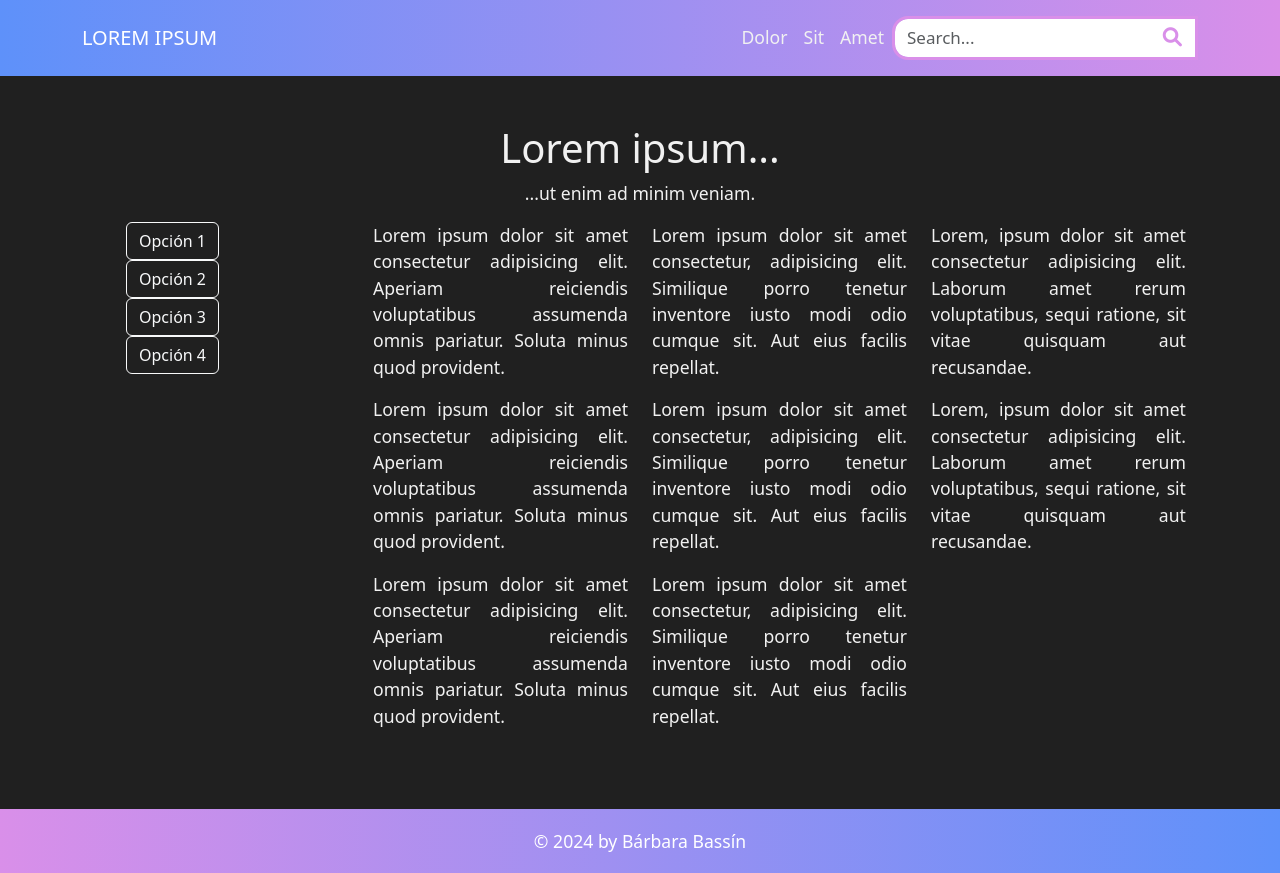
Repository: romancegirl/responsiveness
Page: index.html
An editor plug-in stored every save of this project. The page is shown before and after the next save, followed by the edit.
The browser window is 1280 px wide. The pictures show the whole page.

Above is the page before, as saved 2024-11-19 20:57:16.

### index.html
<!DOCTYPE html>
<html lang="en">

<head>
    <meta charset="UTF-8">
    <meta name="viewport" content="width=device-width, initial-scale=1.0">
    <title>Responsiveness - Bárbara Bassín</title>
    <link href="https://cdn.jsdelivr.net/npm/bootstrap@5.3.0/dist/css/bootstrap.min.css" rel="stylesheet">
    <link rel="stylesheet" href="https://cdnjs.cloudflare.com/ajax/libs/font-awesome/6.0.0-beta3/css/all.min.css">
    <link rel="stylesheet" href="css/header-and-footer.css">
    <link rel="stylesheet" href="css/styles.css">
</head>

<body>
    <!-- Header -->
    <header class="py-2">
        <div class="container d-flex align-items-center" id="profile">
            <h5 class="m-0">LOREM IPSUM</h5>
            <nav class="navbar navbar-expand-lg flex-grow-1">
                <button class="navbar-toggler" type="button" data-bs-toggle="collapse" data-bs-target="#navbarNav"
                    aria-controls="navbarNav" aria-expanded="false" aria-label="Toggle navigation">
                    <i class="fas fa-bars"></i>
                </button>
                <div class="collapse navbar-collapse" id="navbarNav">
                    <ul class="navbar-nav">
                        <li class="nav-item"><a class="nav-link">Dolor</a></li>
                        <li class="nav-item"><a class="nav-link">Sit</a></li>
                        <li class="nav-item"><a class="nav-link">Amet</a></li>
                        <div class="search-container">
                            <form action="/action_page.php">
                                <div class="input-group">
                                    <input type="text" class="form-control" placeholder="Search..." name="search">
                                    <button type="submit" class="btn">
                                        <i class="fa fa-search"></i>
                                    </button>
                                </div>
                            </form>
                        </div>
                    </ul>

                </div>
            </nav>
        </div>
    </header>



    <!-- Main -->
    <main class="container my-5">
        <div>
            <h1>Lorem ipsum...</h1>
            <div id="textCarousel" class="carousel slide" data-bs-ride="carousel" data-bs-interval="2000">
                <div class="carousel-inner">
                    <div class="carousel-item active">
                        <p>...olor sit amet, consectetur adipiscing elit...</p>
                    </div>
                    <div class="carousel-item">
                        <p>...sed do eiusmod tempor incididunt ut labore...</p>
                    </div>
                    <div class="carousel-item">
                        <p>...ut enim ad minim veniam.</p>
                    </div>
                </div>
            </div>
        </div>



        <div class="container">
            <div class="row">
                <div class="col-3">
                    <ul>
                        <li><button type="button" class="btn btn-outline-light">Opción 1</button></li>
                        <li><button type="button" class="btn btn-outline-light">Opción 2</button></li>
                        <li><button type="button" class="btn btn-outline-light">Opción 3</button></li>
                        <li><button type="button" class="btn btn-outline-light">Opción 4</button></li>
                    </ul>
                </div>
                <div class="col-9">
                    <div class="row">
                        <div class="col-6 col-md-4 paragraph">Lorem ipsum dolor sit amet consectetur adipisicing elit.
                            Aperiam
                            reiciendis
                            voluptatibus assumenda omnis pariatur. Soluta minus quod provident.</div>
                        <div class="col-6 col-md-4 paragraph">Lorem ipsum dolor sit amet consectetur, adipisicing elit.
                            Similique porro
                            tenetur inventore iusto modi odio cumque sit. Aut eius facilis repellat.</div>
                        <div class="col-6 col-md-4 paragraph">Lorem, ipsum dolor sit amet consectetur adipisicing elit.
                            Laborum
                            amet rerum
                            voluptatibus, sequi ratione, sit vitae quisquam aut recusandae.</div>
                        <div class="col-6 col-md-4 paragraph">Lorem ipsum dolor sit amet consectetur adipisicing elit.
                            Aperiam
                            reiciendis
                            voluptatibus assumenda omnis pariatur. Soluta minus quod provident.</div>
                        <div class="col-6 col-md-4 paragraph">Lorem ipsum dolor sit amet consectetur, adipisicing elit.
                            Similique porro
                            tenetur inventore iusto modi odio cumque sit. Aut eius facilis repellat.</div>
                        <div class="col-6 col-md-4 paragraph">Lorem, ipsum dolor sit amet consectetur adipisicing elit.
                            Laborum
                            amet rerum
                            voluptatibus, sequi ratione, sit vitae quisquam aut recusandae.</div>
                        <div class="col-6 col-md-4 paragraph">Lorem ipsum dolor sit amet consectetur adipisicing elit.
                            Aperiam
                            reiciendis
                            voluptatibus assumenda omnis pariatur. Soluta minus quod provident.</div>
                        <div class="col-6 col-md-4 paragraph">Lorem ipsum dolor sit amet consectetur, adipisicing elit.
                            Similique porro
                            tenetur inventore iusto modi odio cumque sit. Aut eius facilis repellat.</div>
                    </div>
                </div>

            </div>


        </div>



    </main>

    <!-- Footer -->
    <footer class="bg-dark text-center py-2">
        <div>&copy; 2024 by Bárbara Bassín</div>
    </footer>
    <script src="js/script.js"></script>
    <script src="https://cdn.jsdelivr.net/npm/bootstrap@5.3.0/dist/js/bootstrap.bundle.min.js"></script>
</body>

</html>

### css/header-and-footer.css
header {
    background: linear-gradient(to right, #5E91FA, #d98fe9);
    color: #fff;
    position: relative;
}

main {
    min-height: 70vh;
    padding-bottom: 1rem;
    box-sizing: border-box;
}

a.nav-link {
    color: #f1f1f1;
}

a.nav-link:hover {
    color: #f6c7de;
    transition: color 0.3s, text-shadow 0.3s;
    transform: scale(1.05);
}

.search-container {
    display: flex;
    justify-content: center;
    align-items: center;
    position: relative;
}

.input-group .form-control {
    padding-right: 2.5rem;
    font-size: 17px;
    border: 0.2rem solid #d98fe9;
    border-radius: 1rem;
}

.input-group .btn {
    position: absolute;
    right: 1rem;
        top: 50%;
    transform: translateY(-50%);
    background-color: transparent;
    border: none;
    padding: 0;
    cursor: pointer;
}

.input-group .btn .fa-search {
    color: #d98fe9;
    font-size: 1.2rem;
}



/* navbar-toggle */

.navbar-toggler {
    border-color: #fff;
}

.navbar-toggler .fas {
    color: #fff;
    /* Cambia el color del ícono */
}

.navbar-collapse {
    justify-content: flex-end;
}

.navbar-toggler:hover {
    cursor: pointer;
}

.navbar-toggler:focus {
    outline: none;
    box-shadow: none;
}

@media (max-width: 995px) {

    .navbar-collapse {
        display: none;
        position: absolute;
        top: 134%;
        left: -55px;
        width: 100%;
        z-index: 999;
        flex-direction: column-reverse;
        align-items: center;
    }

    .navbar-collapse.show {
        display: flex;
    }

    .navbar-nav {
        background: linear-gradient(to right, #5e92fae0, #d98fe9dc);
        color: #fff;
        padding: 1.5rem;
        border-radius: 0 0 100px 100px;
        font-weight: bold;
        text-align: center;
    }

    .navbar-nav:hover {
        cursor: pointer;

    }

    a.nav-link:hover {
        color: #f6c7de;
        transition: color 0.3s, text-shadow 0.3s;
        transform: scale(1.05);
    }

    .navbar-nav .nav-item {
        margin: 10px 0;
    }

    .navbar a,
    .navbar input[type=text] {
        float: none;
        display: block;
        text-align: left;
        width: 100%;
        margin: 0;
        padding: 0.5rem;
    }

    .navbar .search-container {
        float: none;
    }

    .navbar a,
    .navbar input[type=text],
    .navbar .search-container button {
        float: none;
        display: block;
        text-align: left;
        width: 100%;
        margin: 0;
        padding: 0.2rem;
    }

    .navbar input[type=text] {
        border-radius: 0.2rem;
        border: 0.2rem solid #b556db98;
    }

}

footer {
    background: linear-gradient(to right, #d98fe9, #5E91FA);
    color: #fff;
    bottom: 0;
    min-height: 4rem;
    display: flex;
    justify-content: center;
    align-items: center;
}

### css/styles.css
body {
    background-color: #202020;
    color: #f1f1f1;
    font-size: 110%;
}

/* Profile and resume */

.profile-photo {
    width: 250px;
    height: 250px;
    border: #a5c3ffcd;
    border-style: double;
    border-width: 5px;
    border-radius: 70px;
    display: flex;
    justify-content: center;
    align-items: center;
    overflow: hidden;
    /* Oculta cualquier parte de la imagen que se desborde */
    float: right;
}

/* titles */

h1 {
    text-align: center;
}

h2,
h3,
h4 {
    background: linear-gradient(#d98fe9, #5E91FA);
    -webkit-background-clip: text;
    background-clip: text;
    -webkit-text-fill-color: transparent;
}

h5 {
    margin: 0;
}

/* General */

#textCarousel {
    width: 40rem;
    margin: auto;
}

p {
    text-align: center;
}

.row {
    text-align: justify;
}

.paragraph {
margin-bottom: 1rem;
}

.btn-outline-light {
    padding-right: 2rem 8rem 2rem 0;
}

li {
    list-style: none;
}

/* Responsiveness */

.title-small,
.title-x-small {
    display: none;
}

@media screen and (max-width: 1400px) {

    .title-large,
    .title-x-small {
        display: none;
    }

    .title-small {
        display: block;
    }
}

@media screen and (max-width: 768px) {

    .title-large,
    .title-small {
        display: none;
    }

    .title-x-small {
        display: block;
        text-align: center;

    }

    #textCarousel {
        max-width: 90%; /* Usa un tamaño relativo en lugar de fijo */
    }
}

### js/script.js
document.addEventListener('click', function(event) {
    var navbar = document.querySelector('.navbar-collapse');
    var toggler = document.querySelector('.navbar-toggler');

    // Si el menú está abierto y se hace clic fuera de él, lo cierra
    if (navbar.classList.contains('show') && !navbar.contains(event.target) && !toggler.contains(event.target)) {
        var bsCollapse = new bootstrap.Collapse(navbar, {
            toggle: false
        });
        bsCollapse.hide();
    }
});

// Cerrar el menú automáticamente al hacer clic en cualquier enlace
var navLinks = document.querySelectorAll('.nav-link');
navLinks.forEach(function(link) {
    link.addEventListener('click', function() {
        var navbar = document.querySelector('.navbar-collapse');
        var bsCollapse = new bootstrap.Collapse(navbar, {
            toggle: false
        });
        bsCollapse.hide();
    });
});

After the next save:
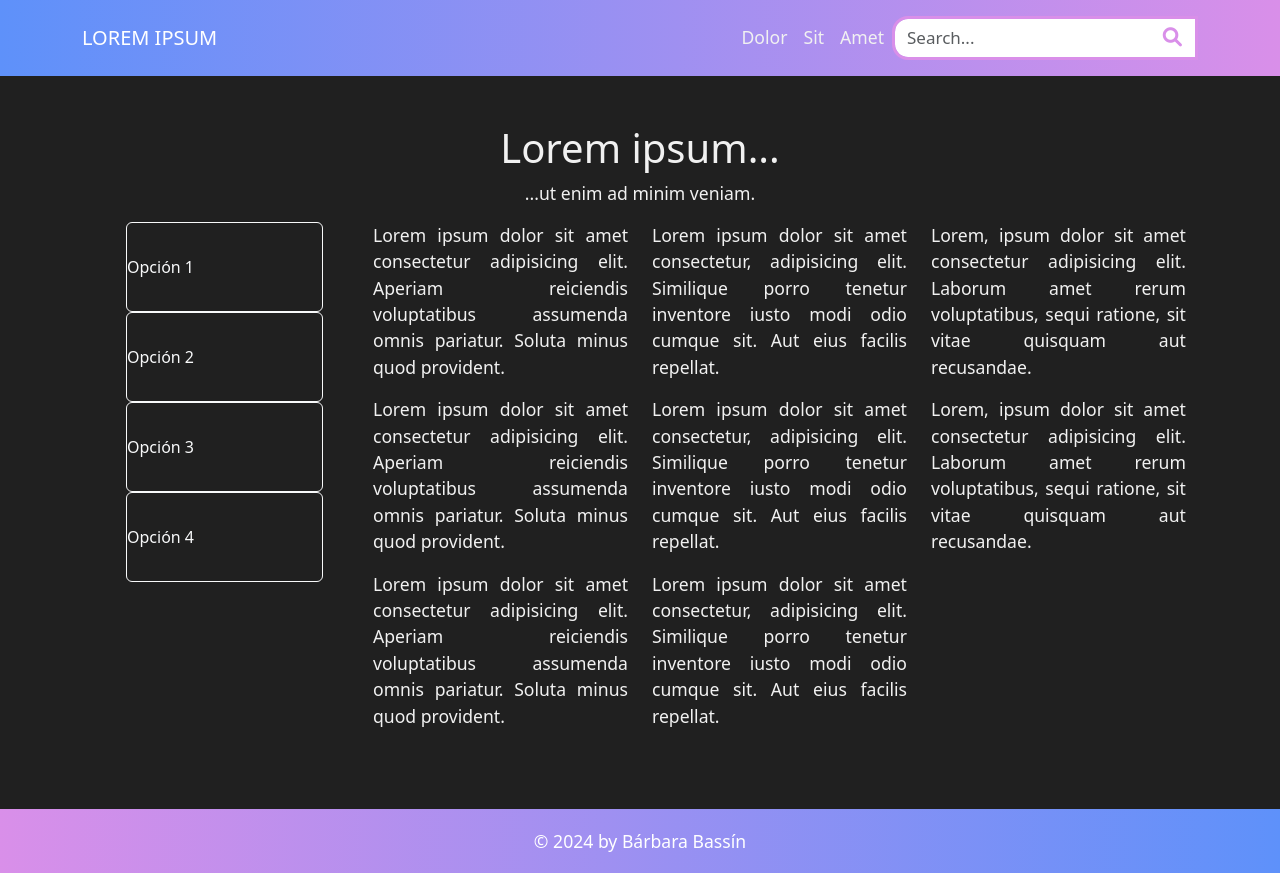
Saved 8 s later.
--- a/css/styles.css
+++ b/css/styles.css
@@ -60,7 +60,7 @@ margin-bottom: 1rem;
 }
 
 .btn-outline-light {
-    padding-right: 2rem 8rem 2rem 0;
+    padding: 2rem 8rem 2rem 0;
 }
 
 li {
